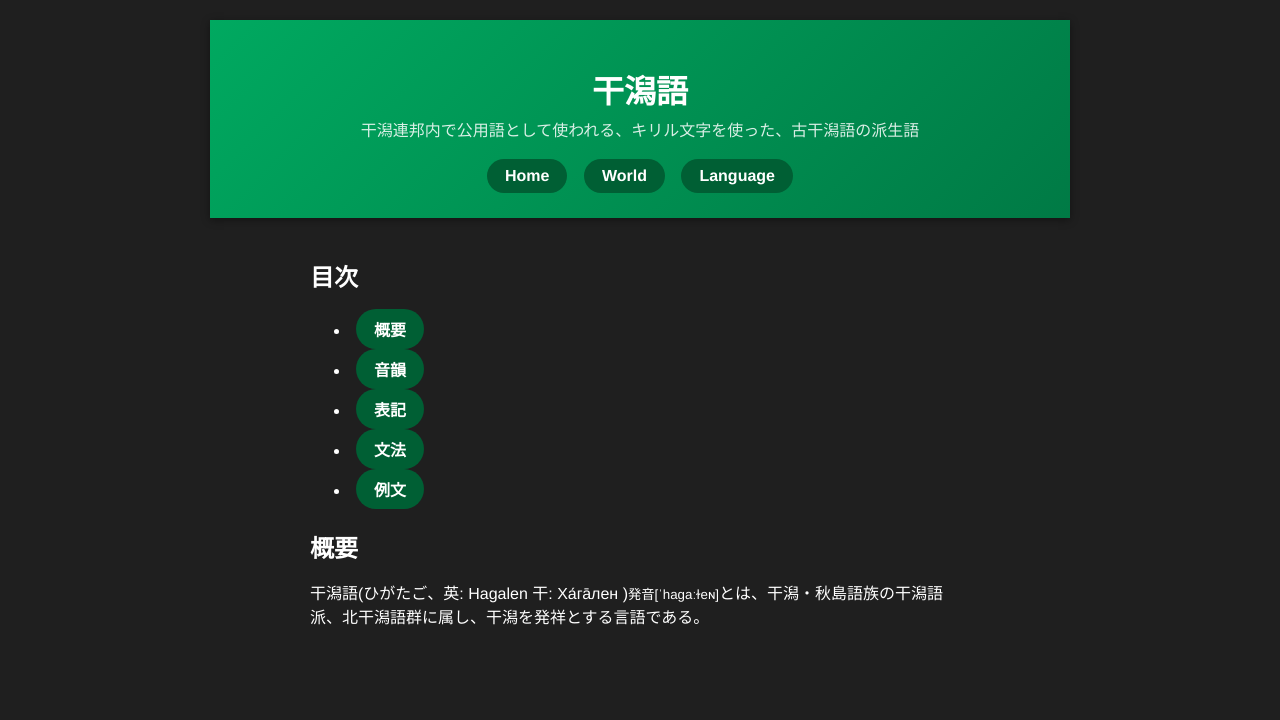
Repository: Player5270-antake/Player5270-antake.github.io
Page: language/hagalen/index.html
An editor plug-in stored every save of this project. The page is shown before and after the next save, followed by the edit.
The browser window is 1280 px wide. The pictures show the whole page.

Above is the page before, as saved 2026-03-08 13:00:14.

After the next save:
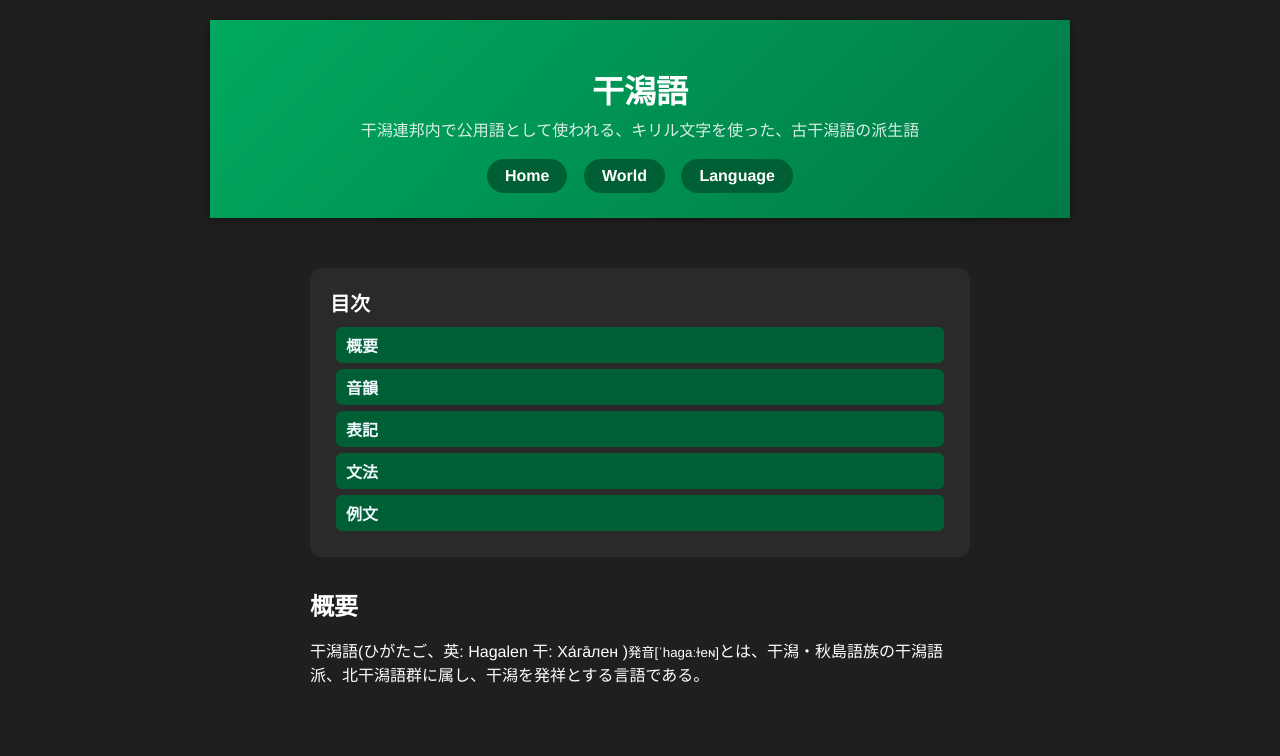
Saved 2 min 46 s later.
--- a/css/style.css
+++ b/css/style.css
@@ -164,3 +164,40 @@ footer{
 .footer-nav a:hover{
     color:white;
 }
+
+/*ページ目次欄*/
+.toc{
+    background:#2a2a2a;
+    padding:20px;
+    border-radius:12px;
+    margin:30px 0;
+}
+
+.toc h2{
+    margin-top:0;
+    margin-bottom:10px;
+    font-size:20px;
+}
+
+.toc ul{
+    list-style:none;
+    padding-left:0;
+    margin:0;
+}
+
+.toc li{
+    margin:6px 0;
+}
+
+.toc a{
+    display:block;
+    padding:6px 10px;
+    border-radius:6px;
+    text-decoration:none;
+    color:aliceblue;
+    transition:background 0.2s;
+}
+
+.toc a:hover{
+    background:#333;
+}
